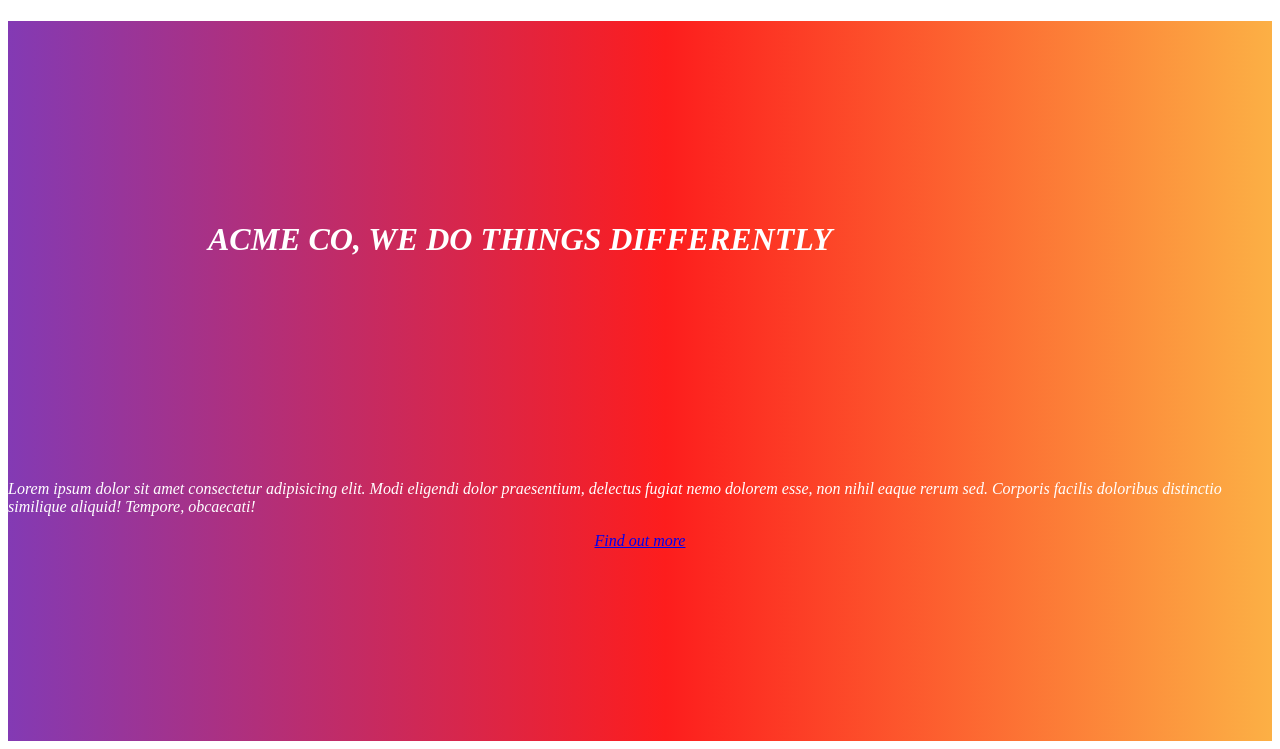
Repository: sristigupta04/basic-js-project
Page: gradient/gr.html
These files come from the project's save history. The page is drawn as it stood at one moment and after the next save; the edit follows.
The browser window is 1280 px wide. The pictures show the whole page.

Above is the page before, as saved 2025-11-03 00:10:30.

### gradient/gr.html
<!DOCTYPE html>
<html lang="en">
<head>
    <meta charset="UTF-8">
    <meta name="viewport" content="width=device-width, initial-scale=1.0">
    <title>Document</title>
    <link rel="stylesheet" href="gr.css"/>
</head>
<body>
         <div class="intro">
    <h1> ACME CO, WE DO THINGS DIFFERENTLY</h1>

    <div class="second">
        <p>
            Lorem ipsum dolor sit amet
            consectetur adipisicing elit.
             Modi eligendi dolor praesentium, delectus
              fugiat nemo dolorem esse, non nihil eaque rerum sed.
              Corporis facilis doloribus distinctio similique aliquid!
              Tempore, obcaecati!
        </p>
        <a href="#">Find out more</a>
    </div></div>
</body>
</html>

### gradient/gr.css
*{
    padding: 0;

}

.intro{
    width: 100%;
    height:100vh;
    background: #833AB4;
background: linear-gradient(90deg, rgba(131, 58, 180, 1) 0%, rgba(253, 29, 29, 1) 52%, rgba(252, 176, 69, 1) 100%);
}
.intro h1{
    color:white;
    justify-content: center;
    justify-items: center;
    padding: 200px;

    font-style: italic;
    font-feature-settings: "aalt";
    font: optional;
}
.second{
    color:white;
    justify-content: center;
    justify-items: center;
    font-style: italic;
    font-feature-settings: "aalt";
    font: optional;
}

After the next save:
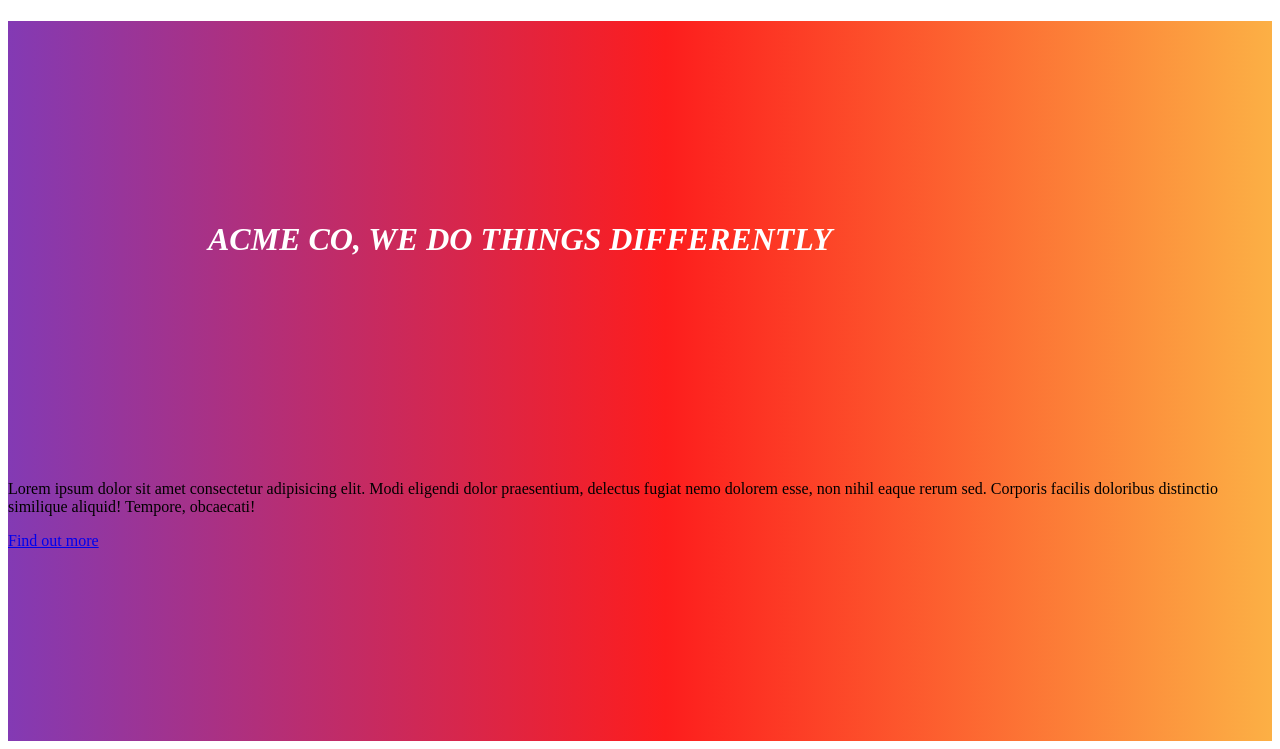
Saved 32 s later.
--- a/gradient/gr.html
+++ b/gradient/gr.html
@@ -9,8 +9,6 @@
 <body>
          <div class="intro">
     <h1> ACME CO, WE DO THINGS DIFFERENTLY</h1>
-
-    <div class="second">
         <p>
             Lorem ipsum dolor sit amet
             consectetur adipisicing elit.
@@ -20,6 +18,6 @@
               Tempore, obcaecati!
         </p>
         <a href="#">Find out more</a>
-    </div></div>
+    </div>
 </body>
 </html>
